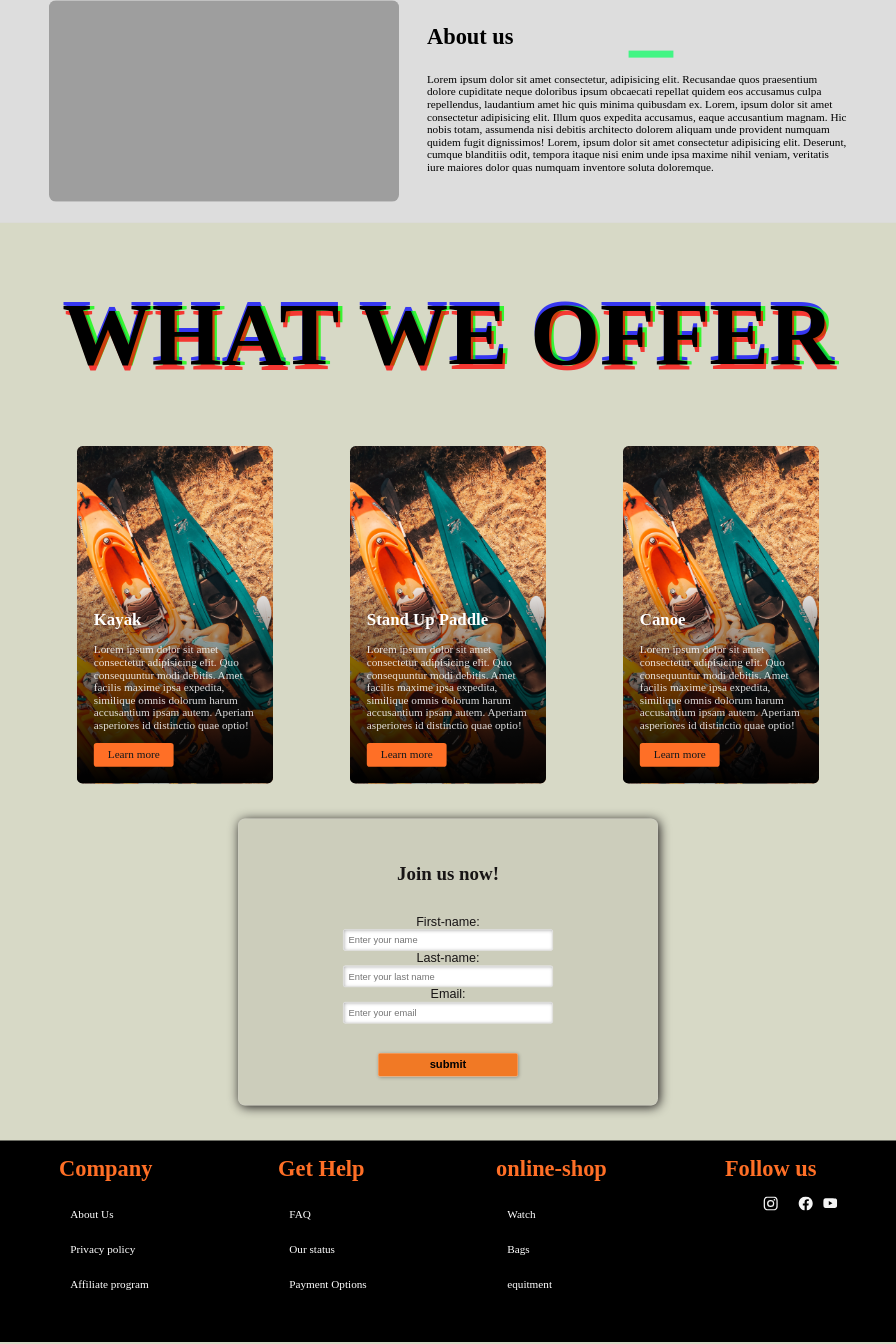
Repository: joseluis2289/Responsive-club-website
Page: index.html
The author's editor kept a copy of each file at every save. The page is drawn from the files as they stood at one save, then again after a run of saves.
The browser window is 1280 px wide. The pictures show the part of the page from y = 1015 to 2935 px (the page is 2935 px tall before and 2696 px after), at 70% of full size.
Pictures or frames that could not be fetched are drawn as grey boxes. Some web fonts or font styles are not loaded; a fallback is used.

Above is the page before, as saved 2021-08-25 10:10:47.

After the next 2 saves:
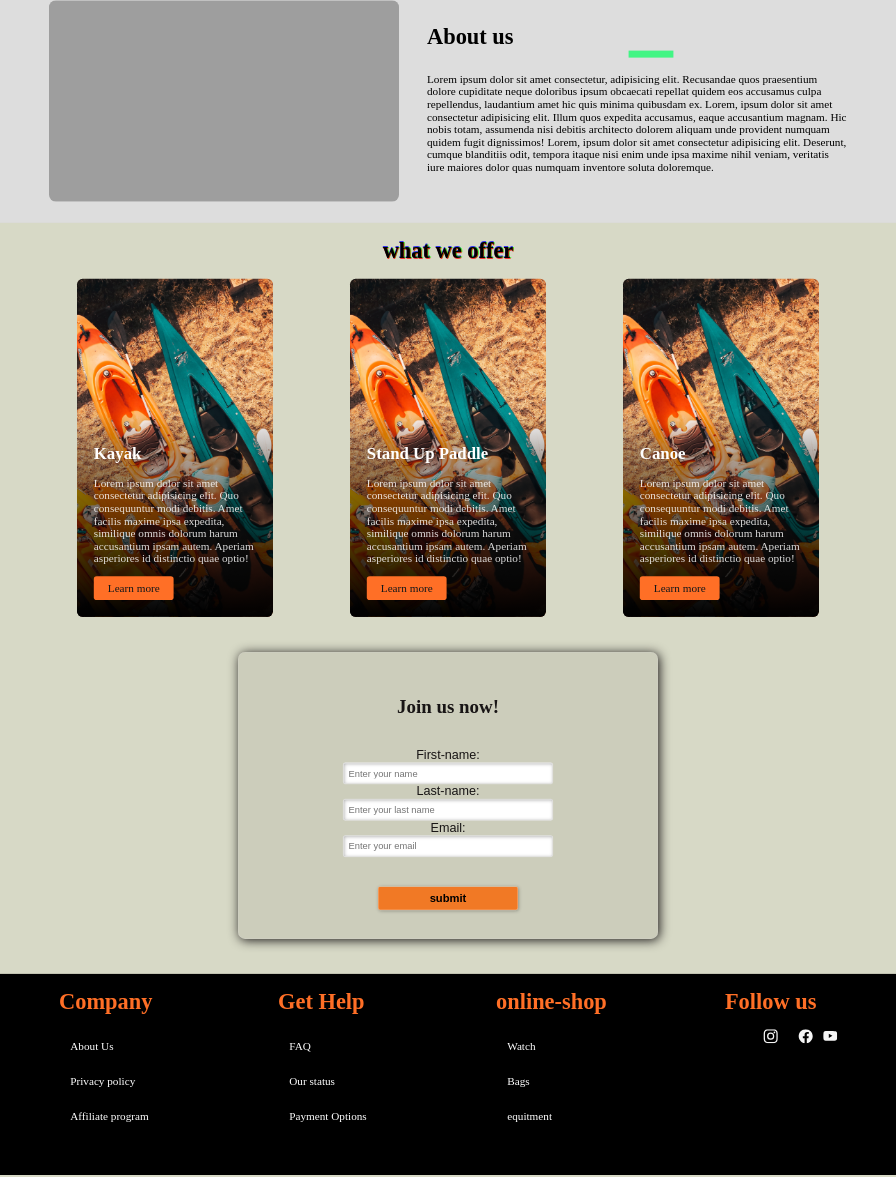
The 2 saves are shown as one change because they came seconds apart.
The last was saved 19 s later.
--- a/style.css
+++ b/style.css
@@ -223,8 +223,8 @@ position: relative;
 .tittle-what-we-offer {
     text-align: center;
      font-family: 'Rampart One', cursive;
-    font-size: 8rem;
-    text-transform: uppercase;
+    font-size: 2rem;
+    /* text-transform: uppercase; */
 
     text-shadow: 0.05em 0 0 rgba(255, 0,0, 0.75),
     -0.025em -0.05em 0 rgba(0, 255, 0, 0.75),
